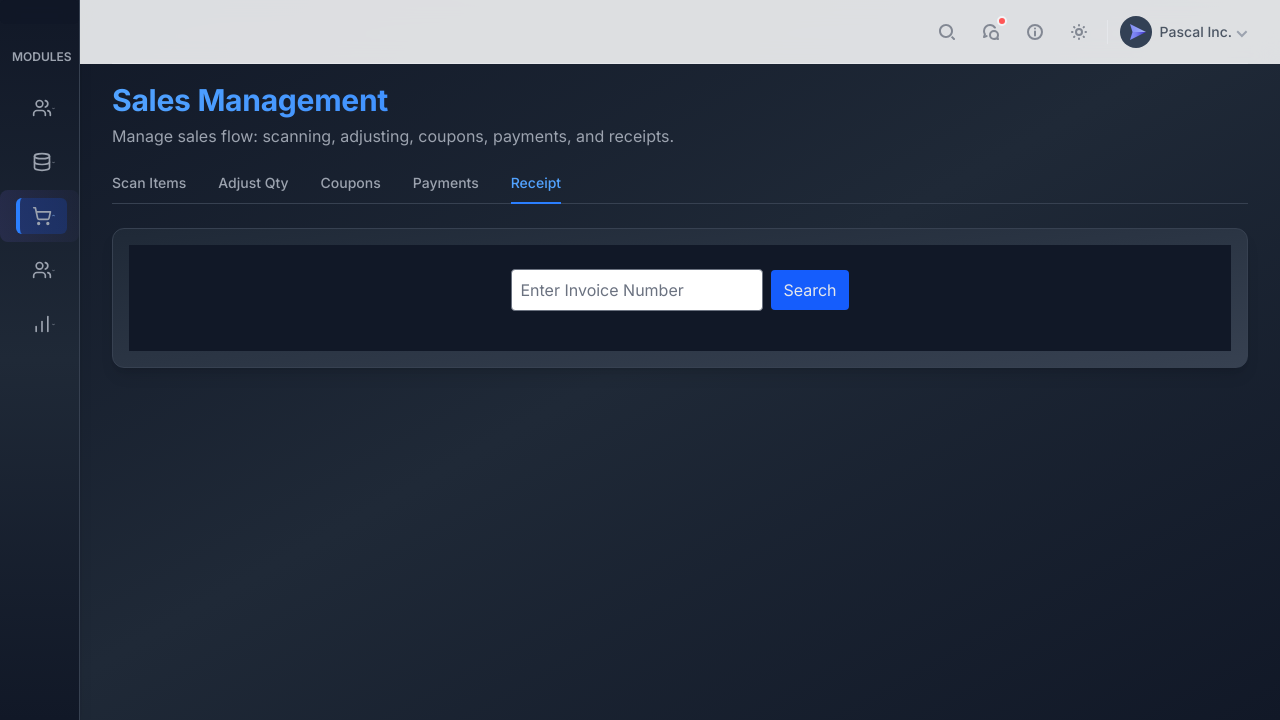
Repository: chykesure/grox-supermarket
Page: /sales/receipt
An editor plug-in stored every save of this project. The page is shown before and after the next save, followed by the edit.
The browser window is 1280 px wide. The pictures show the whole page.
The project was rebuilt for these pictures with package versions that can differ from the ones it lists, and the page was loaded fresh each time. Some packages were replaced by stand-ins written for this rebuild. Also part of the build but not shown: vite.config.js, src/components/DropdownFilter.jsx, src/lib/utils.ts, src/components/ui/calendar.jsx, src/components/ui/popover.jsx, src/components/Datepicker.jsx, src/pages/pos/Dashboard.jsx, src/pages/Menu.jsx and 62 more.

Above is the page before, as saved 2025-11-09 15:19:51.

After the next save:
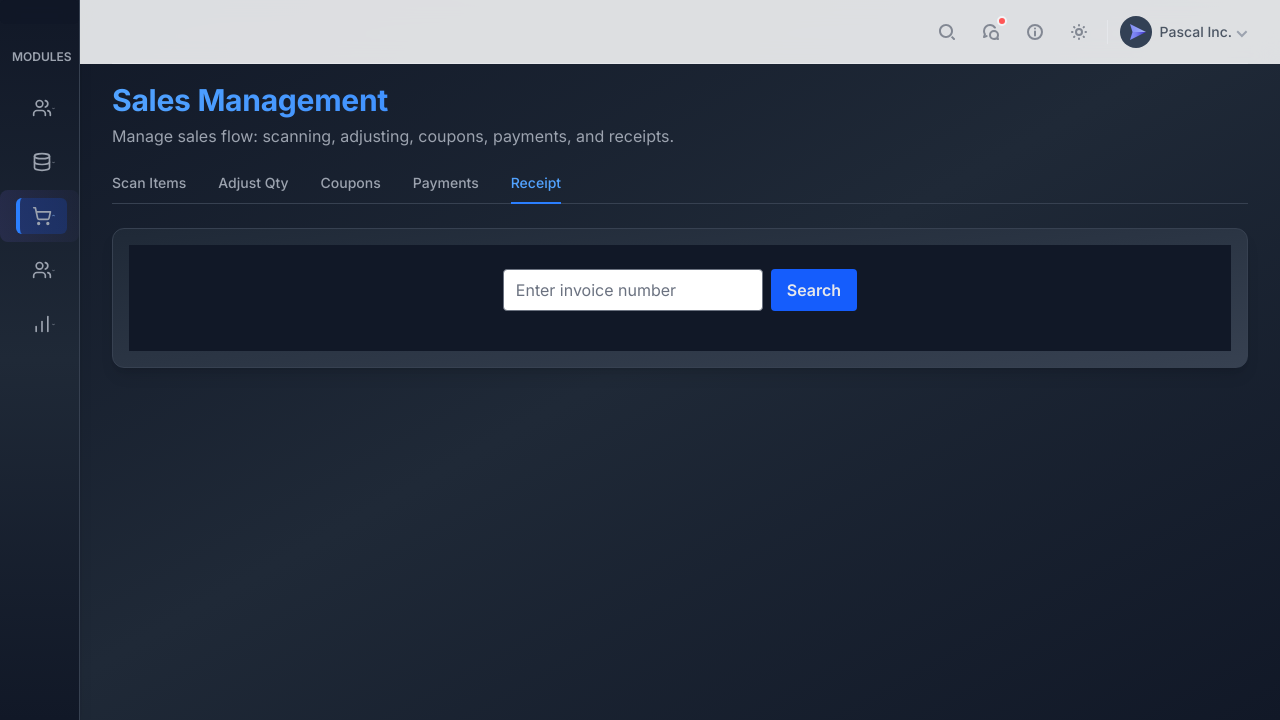
Saved 2 min 44 s later.
--- a/src/pages/pos/sales/Receipt.jsx
+++ b/src/pages/pos/sales/Receipt.jsx
@@ -1,4 +1,5 @@
-import React, { useRef, useState } from "react";
+// src/pages/pos/sales/Receipt.jsx
+import React, { useState, useRef } from "react";
 import axios from "axios";
 
 function Receipt() {
@@ -7,14 +8,16 @@ function Receipt() {
   const [sale, setSale] = useState(null);
   const [error, setError] = useState("");
 
-  const fetchSale = async () => {
+  const handleSearch = async () => {
+    if (!invoiceNumber) return;
     try {
       const res = await axios.get(`http://localhost:8080/api/sales/invoice/${invoiceNumber}`);
       setSale(res.data);
       setError("");
     } catch (err) {
+      console.error(err);
       setSale(null);
-      setError(err.response?.data?.message || "Sale not found");
+      setError("Sale not found");
     }
   };
 
@@ -34,23 +37,28 @@ function Receipt() {
   const total = subtotal + tax;
   const amountPaid = sale?.total || 0;
   const changeDue = amountPaid - total;
-  const paymentMethod = sale?.paymentMode || "—";
+  const paymentMethod = sale?.paymentMode || "-";
   const currentDate = sale?.date ? new Date(sale.date).toLocaleString() : "";
 
   return (
-    <div className="flex flex-col bg-gray-900 text-gray-200 p-6 items-center">
-      <div className="mb-4">
+    <div className="flex flex-col items-center bg-gray-900 text-gray-200 p-6">
+      <div className="flex mb-4 space-x-2">
         <input
           type="text"
+          placeholder="Enter invoice number"
           value={invoiceNumber}
           onChange={(e) => setInvoiceNumber(e.target.value)}
-          placeholder="Enter Invoice Number"
-          className="p-2 rounded text-black"
+          className="px-3 py-2 rounded text-gray-900"
         />
-        <button onClick={fetchSale} className="ml-2 px-3 py-2 bg-blue-600 rounded">Search</button>
+        <button
+          onClick={handleSearch}
+          className="px-4 py-2 bg-blue-600 hover:bg-blue-500 rounded font-semibold"
+        >
+          Search
+        </button>
       </div>
 
-      {error && <p className="text-red-500 mb-2">{error}</p>}
+      {error && <p className="text-red-500 mb-4">{error}</p>}
 
       {sale && (
         <>
@@ -78,25 +86,42 @@ function Receipt() {
                 </tr>
               </thead>
               <tbody>
-                {(sale.items || []).map((item) => (
-                  <tr key={item.productId} className="border-b border-gray-600">
+                {sale.items.map((item, index) => (
+                  <tr key={index} className="border-b border-gray-600">
                     <td className="px-2 py-1">{item.productName}</td>
                     <td className="px-2 py-1 text-center">{item.quantity}</td>
-                    <td className="px-2 py-1 text-right">₦{item.price}</td>
-                    <td className="px-2 py-1 text-right">₦{item.price * item.quantity}</td>
+                    <td className="px-2 py-1 text-right">₦{item.price.toLocaleString()}</td>
+                    <td className="px-2 py-1 text-right">₦{(item.price * item.quantity).toLocaleString()}</td>
                   </tr>
                 ))}
               </tbody>
-
             </table>
 
             <div className="mb-2 space-y-1">
-              <div className="flex justify-between"><span>Subtotal:</span><span>₦{subtotal.toFixed(2)}</span></div>
-              <div className="flex justify-between"><span>Tax (7.5%):</span><span>₦{tax.toFixed(2)}</span></div>
-              <div className="flex justify-between font-bold text-lg"><span>Total:</span><span>₦{total.toFixed(2)}</span></div>
-              <div className="flex justify-between"><span>Paid:</span><span>₦{amountPaid.toFixed(2)}</span></div>
-              <div className="flex justify-between"><span>Change:</span><span>₦{changeDue.toFixed(2)}</span></div>
-              <div className="flex justify-between"><span>Payment Method:</span><span>{paymentMethod}</span></div>
+              <div className="flex justify-between">
+                <span>Subtotal:</span>
+                <span>₦{subtotal.toLocaleString()}</span>
+              </div>
+              <div className="flex justify-between">
+                <span>Tax (7.5%):</span>
+                <span>₦{tax.toLocaleString()}</span>
+              </div>
+              <div className="flex justify-between font-bold text-lg">
+                <span>Total:</span>
+                <span>₦{total.toLocaleString()}</span>
+              </div>
+              <div className="flex justify-between">
+                <span>Paid:</span>
+                <span>₦{amountPaid.toLocaleString()}</span>
+              </div>
+              <div className="flex justify-between">
+                <span>Change:</span>
+                <span>₦{changeDue.toLocaleString()}</span>
+              </div>
+              <div className="flex justify-between">
+                <span>Payment Method:</span>
+                <span>{paymentMethod}</span>
+              </div>
             </div>
 
             <p className="text-center mt-4">Thank you for shopping with us!</p>
